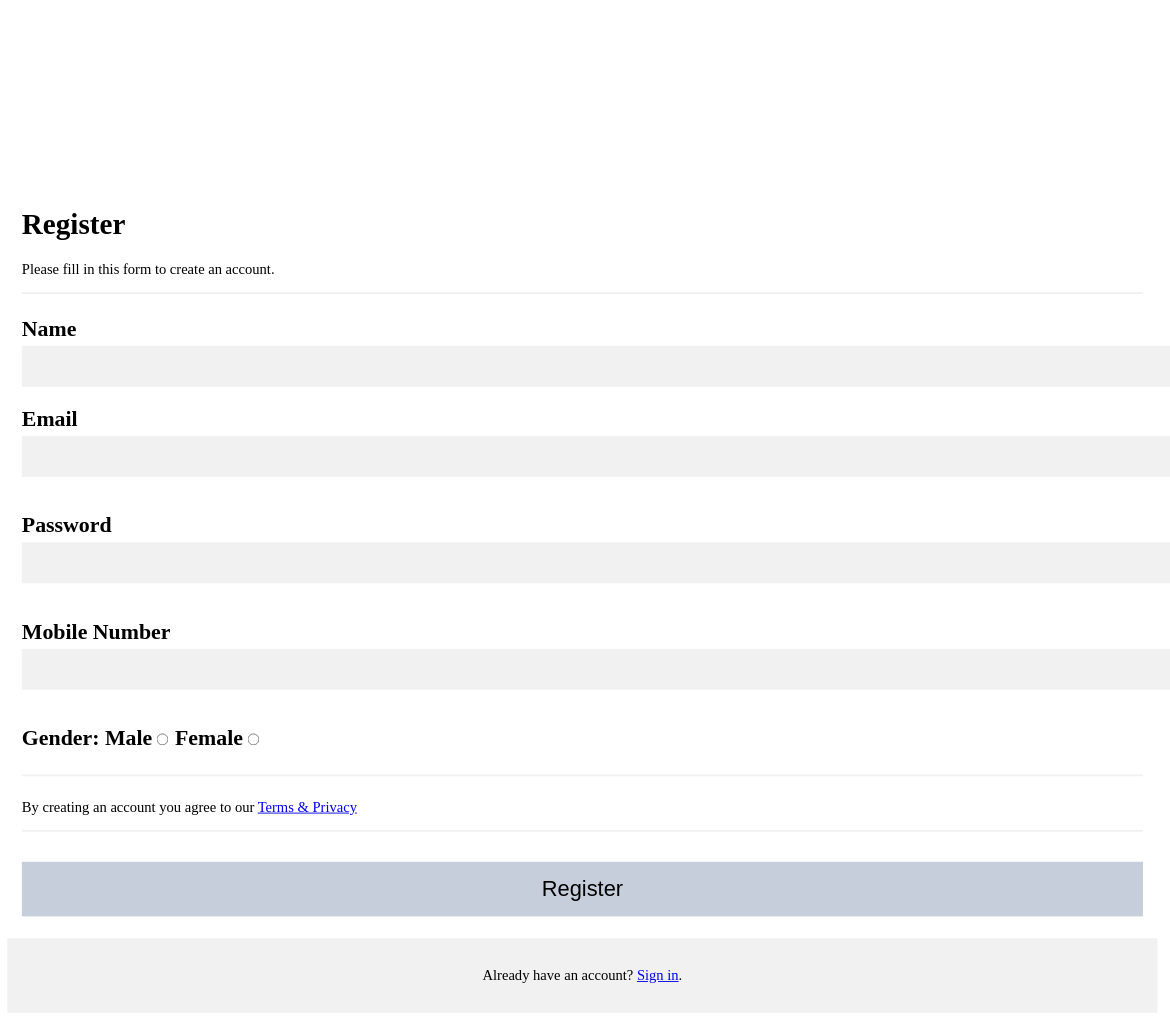
Repository: pavani122/Ecommerce
Page: http://localhost/Ecommerce/WEB-INF/view/register.jsp
The author's editor kept a copy of each file at every save. The page is drawn from the files as they stood at one save, then again after the next save.
The browser window is 1280 px wide. The page is 1286 px wide, so the pictures cover 1286 px, including what lies to the right of the window. The pictures show the whole page, at 91% of full size.
The page is served by Tomcat 9. Nobody is signed in. The template is opened directly, without the code that normally fills it, so the values that code supplies are empty.

Above is the page before, as saved 2022-09-02 06:30:01.

After the next save:
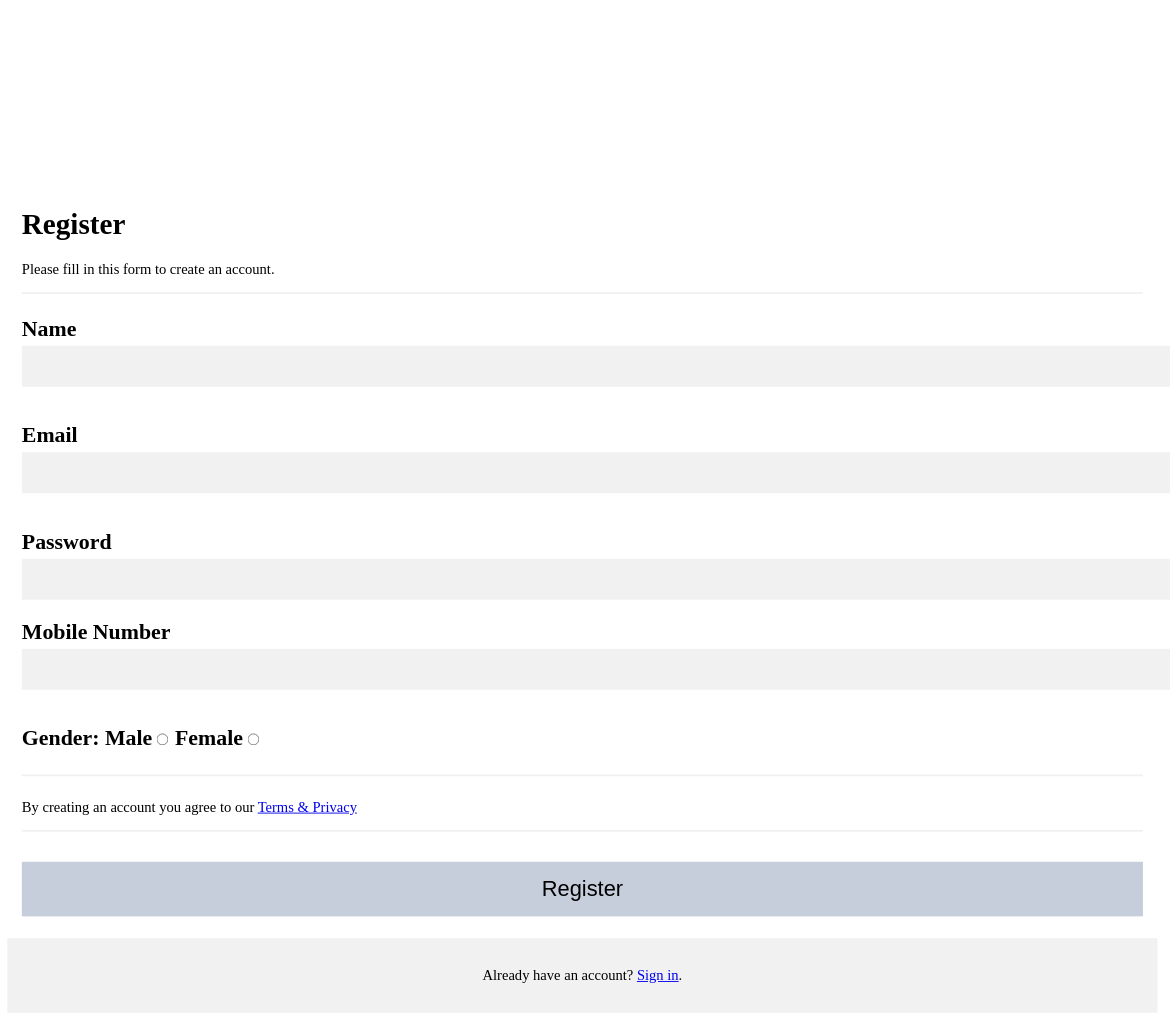
Saved 23 s later.
--- a/Ecommerce/src/main/webapp/WEB-INF/view/register.jsp
+++ b/Ecommerce/src/main/webapp/WEB-INF/view/register.jsp
@@ -74,10 +74,10 @@
 <label id="fields"><b>Name</b></label>
 <b><form:errors path="name"></form:errors></b>
 <form:input path="name"/>
+<b><form:errors path="email"></form:errors><br></b>
 <label id="fields"><b>Email</b></label><form:input path="email"/>
-<b><form:errors path="email"></form:errors><br></b>
+<b><form:errors path="password"></form:errors><br></b>
 <label id="fields"><b>Password</b></label><form:password path="password"/>
-<b><form:errors path="password"></form:errors><br></b>
 <label id="fields"><b>Mobile Number</b></label><form:input path="number"/>
 <b><form:errors path="number"></form:errors><br></b>
 <label id="fields"><b>Gender: </b></label>
